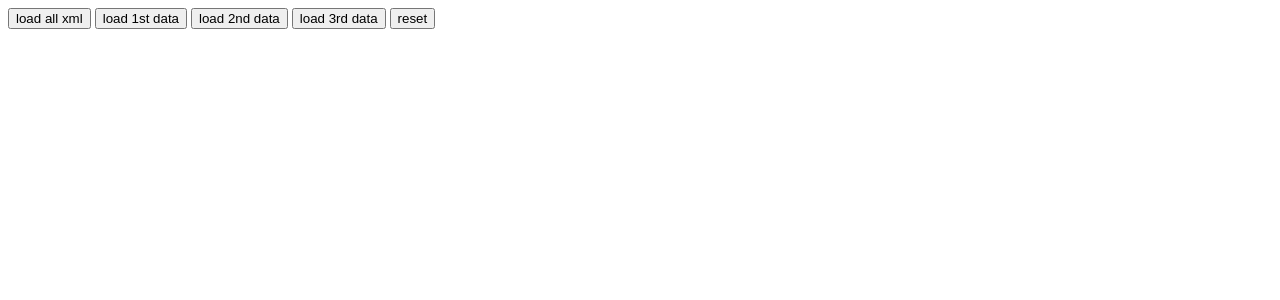
Repository: bluegony/spring_study
Page: jquerytest/src/main/webapp/loadxml.html
An editor plug-in stored every save of this project. The page is shown before and after the next save, followed by the edit.
The browser window is 1280 px wide. The pictures show the whole page.
Some web libraries are served in a nearby version.

Above is the page before, as saved 2013-09-05 03:25:03.

### jquerytest/src/main/webapp/loadxml.html

<!DOCTYPE html>
<html>
<head>
<meta charset="UTF-8">


<title>load xml</title>
</head>
<body>

	<form name="form1">

		<input type="button" id="loadAll" value="load all xml" /> <input
			type="button" id="loadxml1" value="load 1st data" /> <input
			type="button" id="loadxml2" value="load 2nd data" /> <input
			type="button" id="loadxml3" value="load 3rd data" /> <input
			type="button" id="reset" value="reset" />

	</form>
	<div id="disp"></div>

<table border="1" style="display:none">
  <tr id="tableheader">
    <th>id</th>
    <th>realname</th>
    <th>username</th>
  </tr>
</table>

</body>

<style type="text/css">
<!--
img {
	max-width: 80%;
	max-height: 80%;
}
-->
</style>
<script type="text/javascript"
	src="http://code.jquery.com/jquery-1.6.4.min.js"></script>
<script type="text/javascript">
	$(function() {
		$(':button').click(function() {


			$.ajax({
				url:'members.xml',
				dataType:'xml',
				success:function (xml){
					parseXml(xml);
				}
			})
			$('table').show();

		})


		$('#reset').click(function() {

			$('table').hide();
			$('tr').not('#tableheader').remove();

		})
	});
	function parseXml(xml){
		$("person", xml).each(function(){
			var id, realname, username;
			id=$("id",this).text();
			realname=$("realname",this).text();
			username=$("username",this).text();
			//$('#disp').append("<p>" + id + ":"+realname+":"+username+"</p>");
			p = "<tr><td>" + id + "</td><td>"+realname+"</td><td>"+username+"</td></tr>";
			$(p).appendTo('table');
		});

	}
</script>

After the next save:
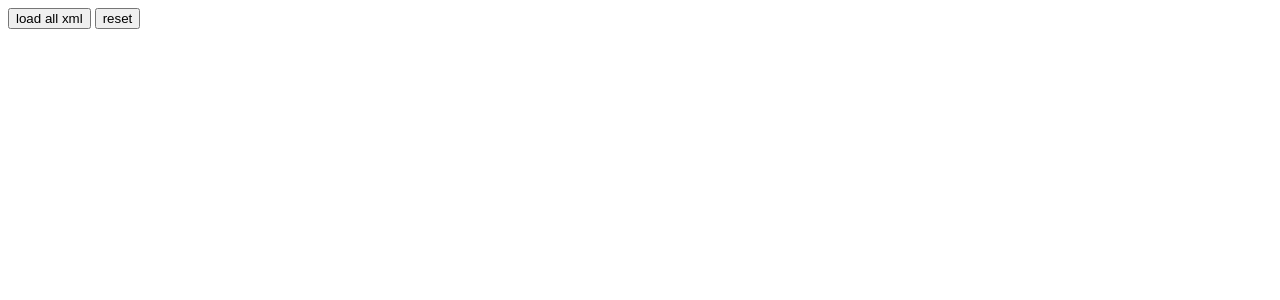
Saved 27 s later.
--- a/jquerytest/src/main/webapp/loadxml.html
+++ b/jquerytest/src/main/webapp/loadxml.html
@@ -11,11 +11,8 @@
 
 	<form name="form1">
 
-		<input type="button" id="loadAll" value="load all xml" /> <input
-			type="button" id="loadxml1" value="load 1st data" /> <input
-			type="button" id="loadxml2" value="load 2nd data" /> <input
-			type="button" id="loadxml3" value="load 3rd data" /> <input
-			type="button" id="reset" value="reset" />
+		<input type="button" id="loadAll" value="load all xml" />
+		 <input type="button" id="reset" value="reset" />
 
 	</form>
 	<div id="disp"></div>
